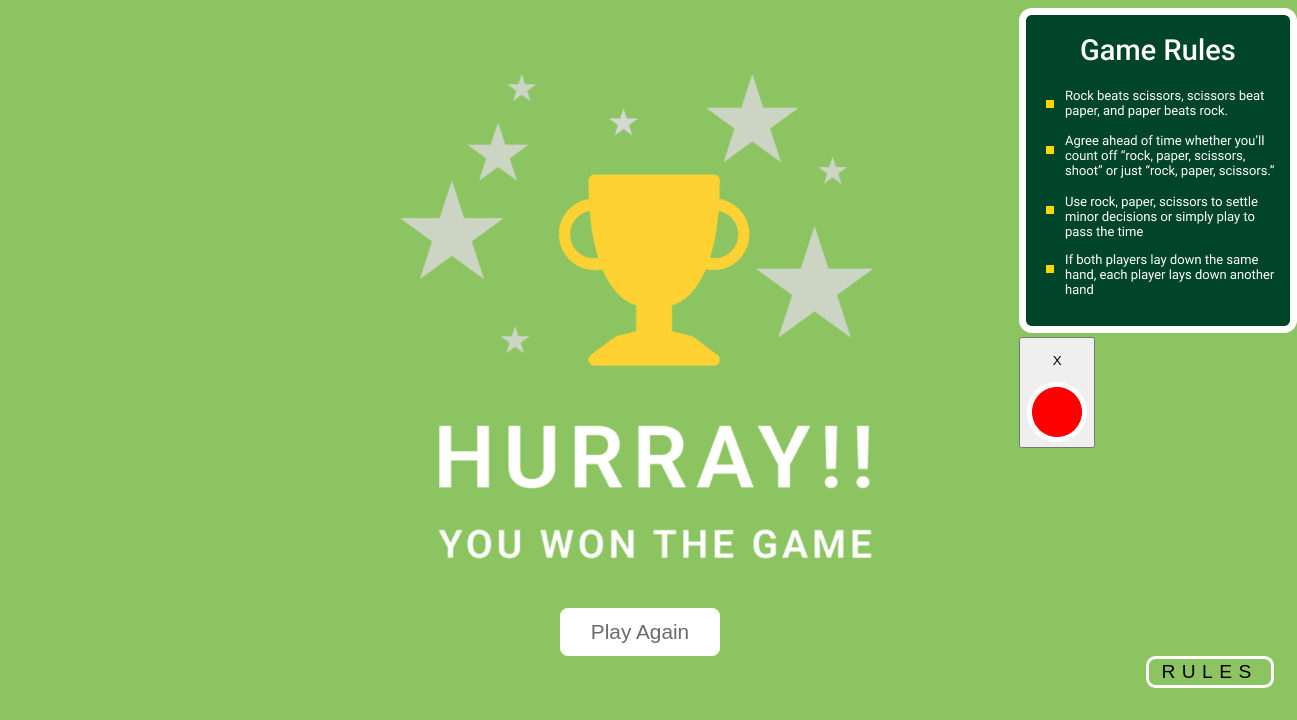
Repository: drumsmanku/Major-module-project-1
Page: hurray.html
The author's editor kept a copy of each file at every save. The page is drawn from the files as they stood at one save, then again after the next save.
The browser window is 1280 px wide. The page is 1297 px wide, so the pictures cover 1297 px, including what lies to the right of the window. The pictures show the whole page.

Above is the page before, as saved 2023-05-01 00:07:28.

### hurray.html
<!DOCTYPE html>
<html lang="en">
<head>
  <meta charset="UTF-8">
  <meta http-equiv="X-UA-Compatible" content="IE=edge">
  <meta name="viewport" content="width=device-width, initial-scale=1.0">
  <title>Won</title>
  <style>
    body{
      background-color: #8CC461;
      position: relative;
    }
    .container{
      display: flex;
      flex-direction: column;
      align-items: center;
      justify-content: center;
    }
    .container img{
      width: 70vh;
      margin-bottom: 3rem;
      margin-top: 3rem;
    }
    .play-again{
      background-color: white;
      border: none;
      color: #6B6B6B;
      width: 10rem;
      height: 3rem;
      font-size: 1.3rem;
      border-radius: 0.5rem;
      cursor: pointer;
    }
    #rule-btn{
      background: none;
      border: 3px solid white;
      border-radius: 0.6rem;
      height: 2rem;
      width: 8rem;
      font-size:1.2rem;
      letter-spacing: 0.4rem;
      cursor: pointer;
      z-index: 999;
      position: absolute;
      left: 90%;
      /* bottom: -5rem; */
    }
    .second-second-main-container{
      position: absolute;
      top: 0;
      left: 80%;
    }

  </style>
</head>
<body>
  <div class="container">
    <img src="hurray.png" alt="">
    <button id="play-again" class="play-again" onclick="location.href='index.html'">Play Again</button>
  </div>
  <div class="second-second-main-container">
    <div class="img-container">
      <img id="rules-img" src="4.png" alt="">
      <button id="my-btn">
        <p>X</p><img src="x.png" alt="">
      </button>
    </div>
  </div>
  <button id="rule-btn">RULES</button>
</body>
</html>

After the next save:
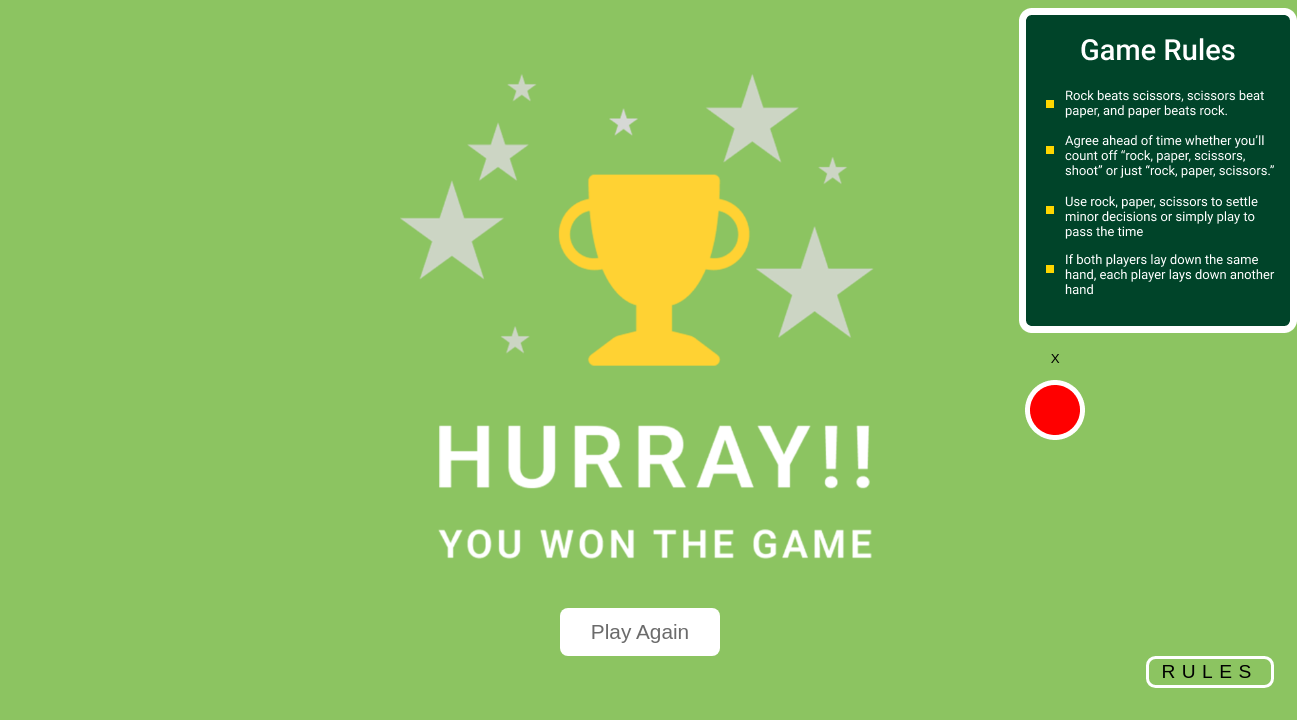
Saved 97 s later.
--- a/hurray.html
+++ b/hurray.html
@@ -50,6 +50,11 @@
       top: 0;
       left: 80%;
     }
+    #my-btn{
+      background: none;
+      border: none;
+
+    }
 
   </style>
 </head>
